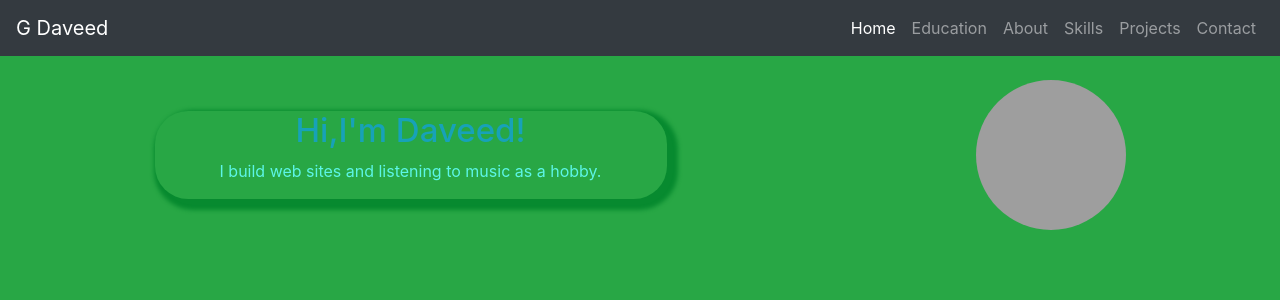
Repository: DaveedGangi/DaveedWebsite
Page: one.html
An editor plug-in stored every save of this project. The page is shown before and after the next save, followed by the edit.
The browser window is 1280 px wide. The pictures show the whole page.
Pictures or frames that could not be fetched are drawn as grey boxes.

Above is the page before, as saved 2023-10-23 11:34:13.

### one.html
<html>
    <head>
    <link rel="stylesheet" href="two.css"></link>
    <link rel="stylesheet" href="https://cdn.jsdelivr.net/npm/bootstrap@4.5.3/dist/css/bootstrap.min.css" integrity="sha384-TX8t27EcRE3e/ihU7zmQxVncDAy5uIKz4rEkgIXeMed4M0jlfIDPvg6uqKI2xXr2" crossorigin="anonymous">
    <script src="https://code.jquery.com/jquery-3.5.1.slim.min.js" integrity="sha384-DfXdz2htPH0lsSSs5nCTpuj/zy4C+OGpamoFVy38MVBnE+IbbVYUew+OrCXaRkfj" crossorigin="anonymous"></script>
    <script src="https://cdn.jsdelivr.net/npm/bootstrap@4.5.3/dist/js/bootstrap.bundle.min.js" integrity="sha384-ho+j7jyWK8fNQe+A12Hb8AhRq26LrZ/JpcUGGOn+Y7RsweNrtN/tE3MoK7ZeZDyx" crossorigin="anonymous"></script>



</head>

<body>
<div class="bgcontainer bg-success">
    <nav class="navbar navbar-expand-lg navbar-dark bg-dark">
        <a class="navbar-brand" href="#">G Daveed</a>
        <button class="navbar-toggler" type="button" data-toggle="collapse" data-target="#navbarNavAltMarkup" aria-controls="navbarNavAltMarkup" aria-expanded="false" aria-label="Toggle navigation">
          <span class="navbar-toggler-icon"></span>
        </button>
        <div class="collapse navbar-collapse" id="navbarNavAltMarkup">
          <div class="navbar-nav ml-auto">
            <a class="nav-link active" href="#">Home <span class="sr-only">(current)</span></a>
            <a class="nav-link" href="#">Education</a>
            <a class="nav-link" href="#">About</a>
            <a class="nav-link" href="#">Skills</a>
            <a class="nav-link" href="#">Projects</a>
            <a class="nav-link" href="#">Contact</a>

          </div>
        </div>
      </nav>


      <div class="mystory">
        <div class="card1">
        <h1 class="hi text-info">Hi,I'm Daveed!</h1>
        <p class="paragraph">I build web sites and listening to music as a hobby.</p>
      </div>
      <div>
        <img class="image" src="https://i.ibb.co/T4YX7Jh/IMG-20221229-170952.jpg">
      </div>

    </div>





    </div>

</body>
</html>

### two.css
.bgcontainer {
    height:100vh;
    background-size:cover;

}
.mystory{
    color:rgb(93, 245, 230);
    display: flex;
    flex-direction: row;
    padding-top:24px;
    justify-content:space-around;
    align-items: center;

}
.image{
    height:150px;
    width:150px;
    border-radius:100px;
}
.card1{

    width:40vw;
    text-align: center;
    border-radius: 33px;
    display: flex;
    flex-direction: column;
    align-items:center;
    box-shadow:5px 5px 4px 6px rgb(7, 138, 47);
}
.hi{
    font-size:33px;
}

After the next save:
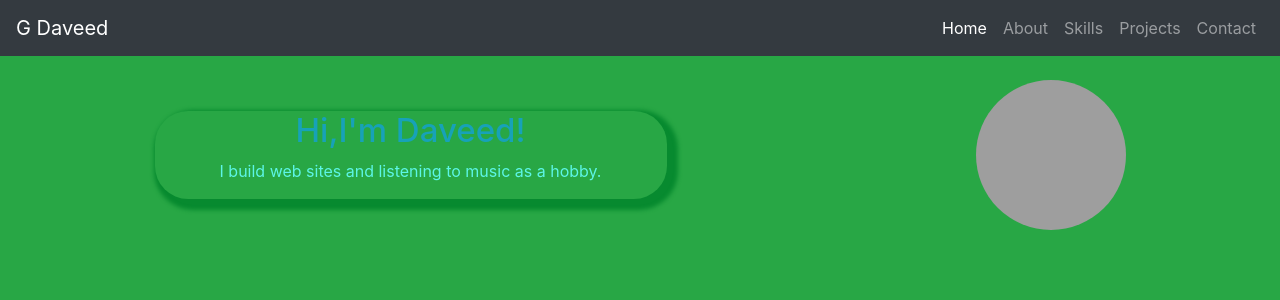
Saved 30 s later.
--- a/one.html
+++ b/one.html
@@ -19,7 +19,7 @@
         <div class="collapse navbar-collapse" id="navbarNavAltMarkup">
           <div class="navbar-nav ml-auto">
             <a class="nav-link active" href="#">Home <span class="sr-only">(current)</span></a>
-            <a class="nav-link" href="#">Education</a>
+
             <a class="nav-link" href="#">About</a>
             <a class="nav-link" href="#">Skills</a>
             <a class="nav-link" href="#">Projects</a>
